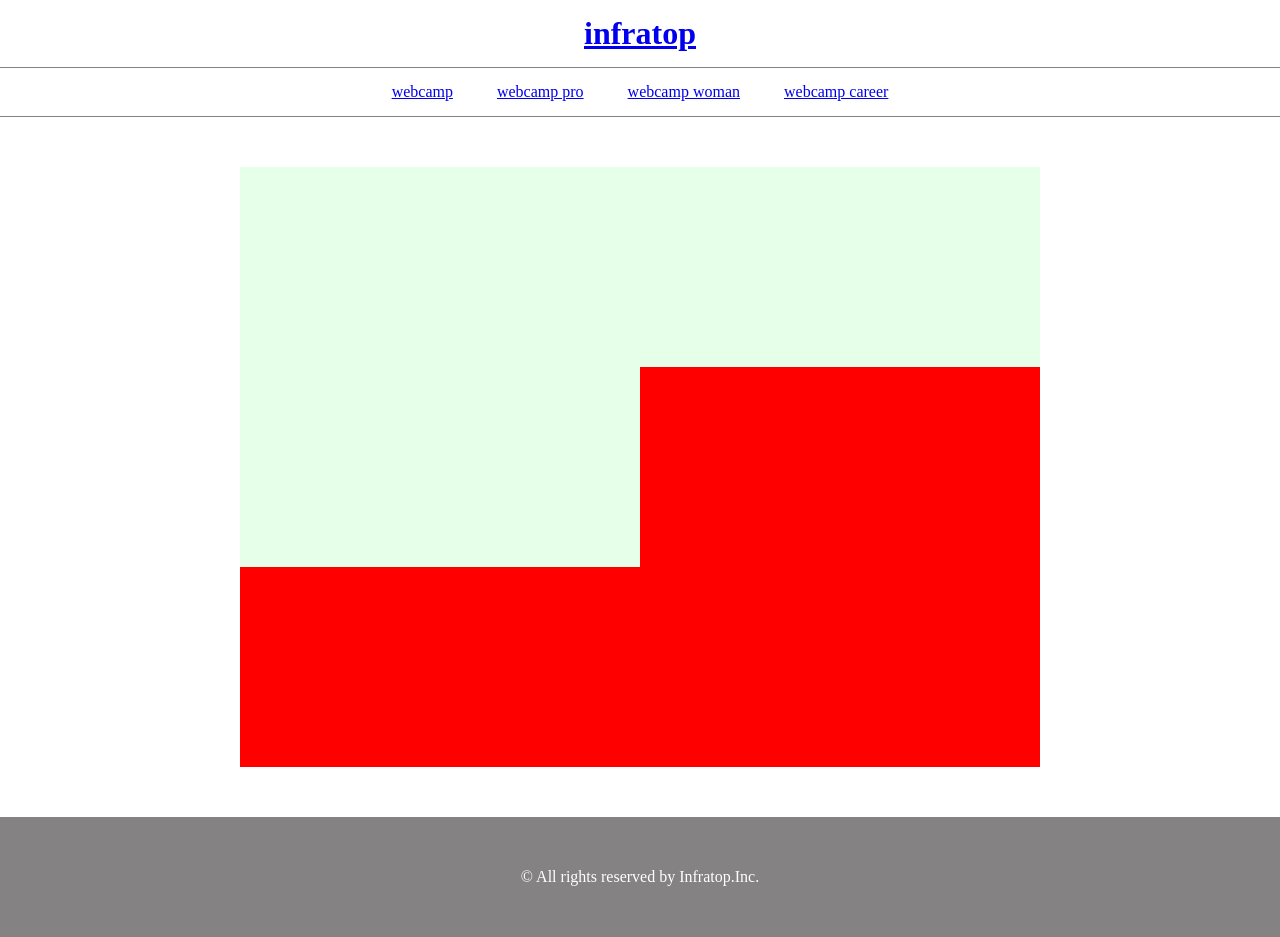
Repository: Nao002/practice
Page: html-practice5/index.html
The author's editor kept a record of every edit. The page is drawn from the files as they stood at one moment, then again after the next edit.
The browser window is 1280 px wide. The pictures show the whole page.

Above is the page before.

After the next edit:
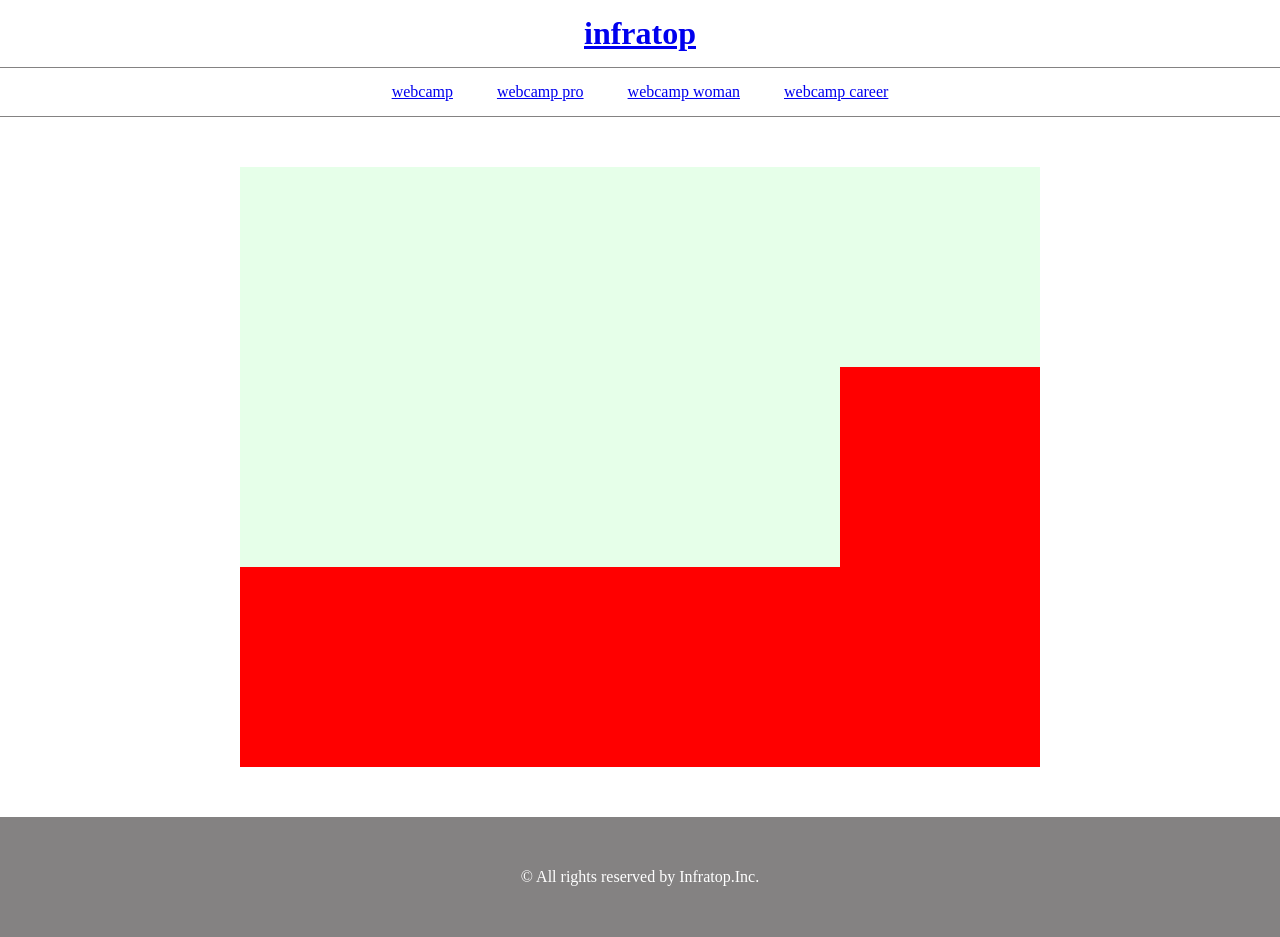
The edit:
--- a/html-practice5/style.css
+++ b/html-practice5/style.css
@@ -74,7 +74,7 @@
 .color6{
   background-color: #e6ffe9
 }
-.color1{
+.color7{
   background-color: #e6ffe9
 }
 
